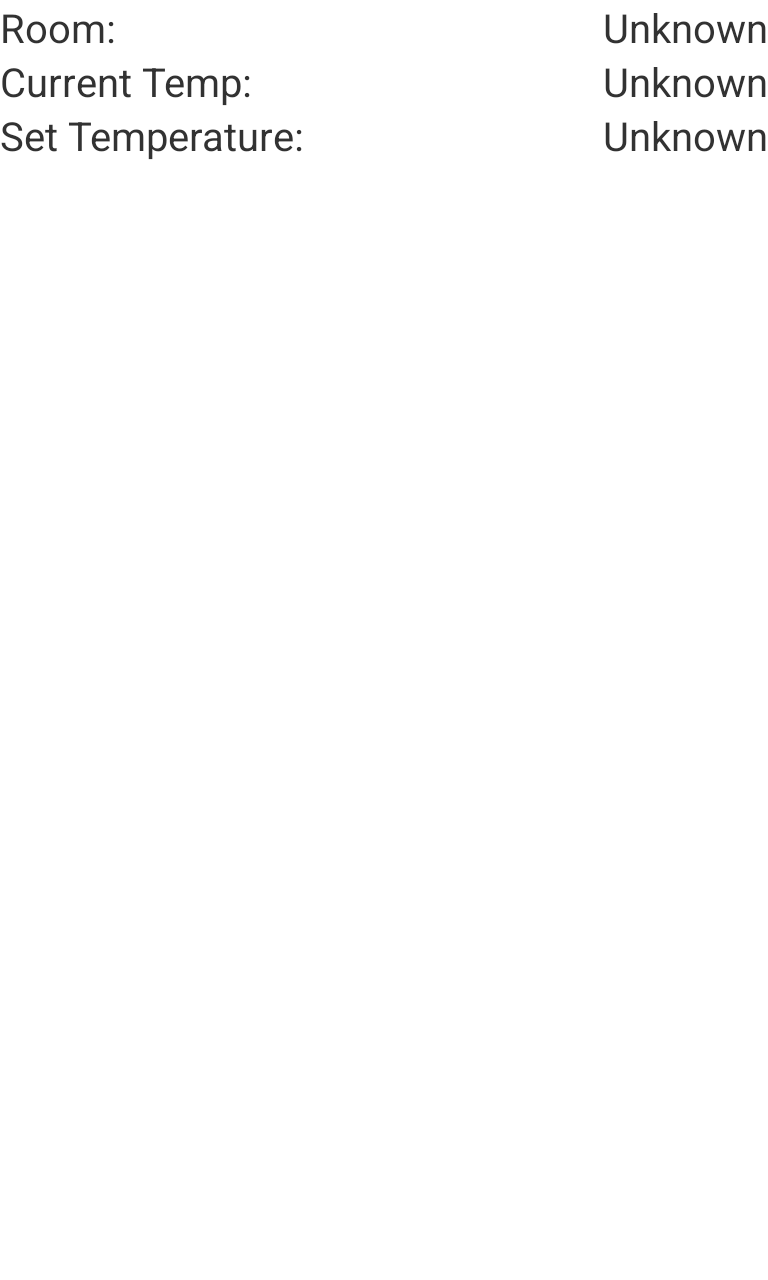
Repository: finerrecliner/SmartVent
Layout: SmartVent/res/layout/activity_main.xml
An editor plug-in stored every save of this project. The layout is shown before and after the next save, followed by the edit.
It is drawn on a 768 x 1280 px phone screen (xhdpi) without system bars, with theme AppTheme; the app's code is not run.

Above is the layout before, as saved 2013-11-02 18:16:25.

### SmartVent/res/layout/activity_main.xml
<LinearLayout xmlns:android="http://schemas.android.com/apk/res/android"
    xmlns:tools="http://schemas.android.com/tools"
    android:layout_width="match_parent"
    android:layout_height="match_parent"
    android:gravity="fill_vertical"
    android:orientation="vertical"
    tools:context=".RoomActivity" >

    <LinearLayout
		android:id="@+id/room_row"
        android:layout_width="match_parent"
        android:layout_height="wrap_content" >

	    <TextView
	        android:layout_width="wrap_content"
	        android:layout_height="wrap_content"
	        android:textSize="20sp"
	        android:text="@string/room_label" />

	    <TextView
	        android:id="@+id/room_val"
	        android:layout_width="fill_parent"
	        android:layout_height="wrap_content"
	        android:layout_gravity="right"
	        android:gravity="right"
	        android:textSize="20sp"
	        android:text="@string/unknown" />

    </LinearLayout>

    <LinearLayout
        android:id="@+id/current_temp_row"
        android:layout_width="match_parent"
        android:layout_height="wrap_content" >

        <TextView
            android:layout_width="wrap_content"
            android:layout_height="wrap_content"
            android:textSize="20sp"
            android:text="@string/current_temp" />

        <TextView
            android:id="@+id/current_temp_val"
            android:layout_width="fill_parent"
            android:layout_height="wrap_content"
            android:gravity="right"
            android:textSize="20sp"
            android:text="@string/unknown" />

    </LinearLayout>

  <LinearLayout
        android:id="@+id/set_temp_row"
        android:layout_width="match_parent"
        android:layout_height="wrap_content" >

        <TextView
            android:id="@+id/set_temp_label"
            android:layout_width="wrap_content"
            android:layout_height="wrap_content"
            android:textSize="20sp"
            android:text="@string/set_temperature" />

        <TextView
            android:id="@+id/set_temp_val"
            android:layout_width="fill_parent"
            android:layout_height="wrap_content"
            android:gravity="right"
            android:textSize="20sp"
            android:text="@string/unknown" />
    </LinearLayout>

</LinearLayout>

### SmartVent/res/values/strings.xml
<?xml version="1.0" encoding="utf-8"?>
<resources>

    <string name="app_name">SmartVent</string>
    <string name="hello_world">Hello world!</string>
    <string name="menu_settings">Settings</string>
    <string name="current_temp">Current Temp:</string>
    <string name="room_label">Room:</string>
    <string name="set_temperature">Set Temperature:</string>
    <string name="unknown">Unknown</string>

</resources>

Loaded but not shown: SmartVent/res/values/styles.xml (common file); SmartVent/res/values-v11/styles.xml (common file); SmartVent/res/values-v14/styles.xml (common file)

After the next save:
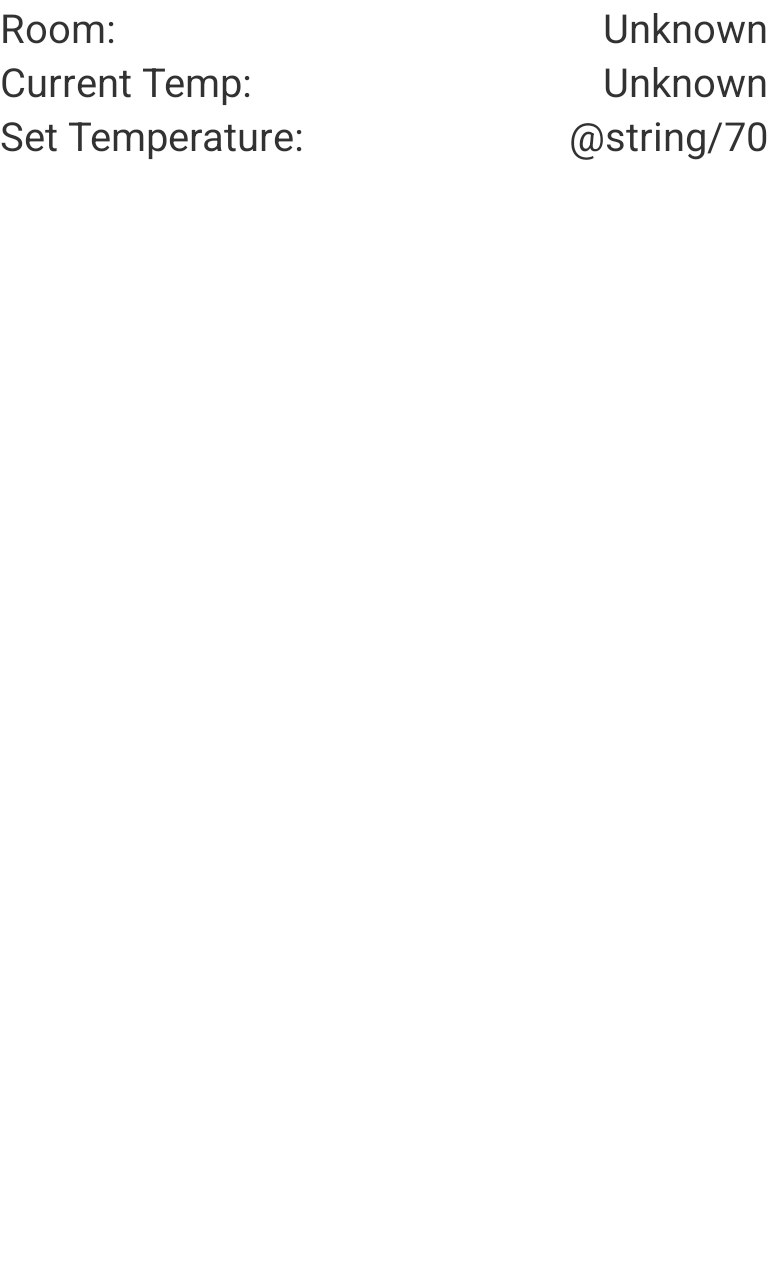
Saved 14 s later.
--- a/SmartVent/res/layout/activity_main.xml
+++ b/SmartVent/res/layout/activity_main.xml
@@ -67,7 +67,7 @@
             android:layout_height="wrap_content"
             android:gravity="right"
             android:textSize="20sp"
-            android:text="@string/unknown" />
+            android:text="@string/70" />
     </LinearLayout>
 
 </LinearLayout>

After the save that followed:
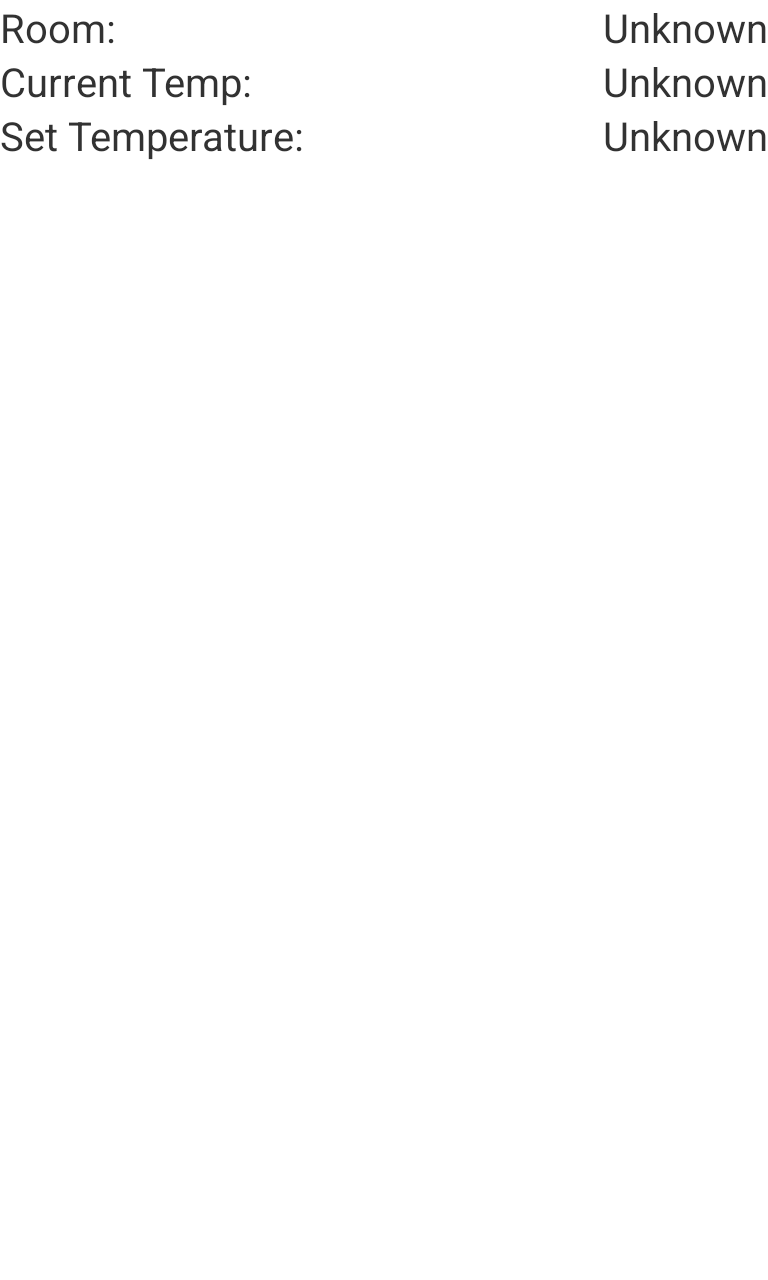
Saved 14 s later.
--- a/SmartVent/res/layout/activity_main.xml
+++ b/SmartVent/res/layout/activity_main.xml
@@ -67,7 +67,7 @@
             android:layout_height="wrap_content"
             android:gravity="right"
             android:textSize="20sp"
-            android:text="@string/70" />
+            android:text="@string/unknown" />
     </LinearLayout>
 
 </LinearLayout>
